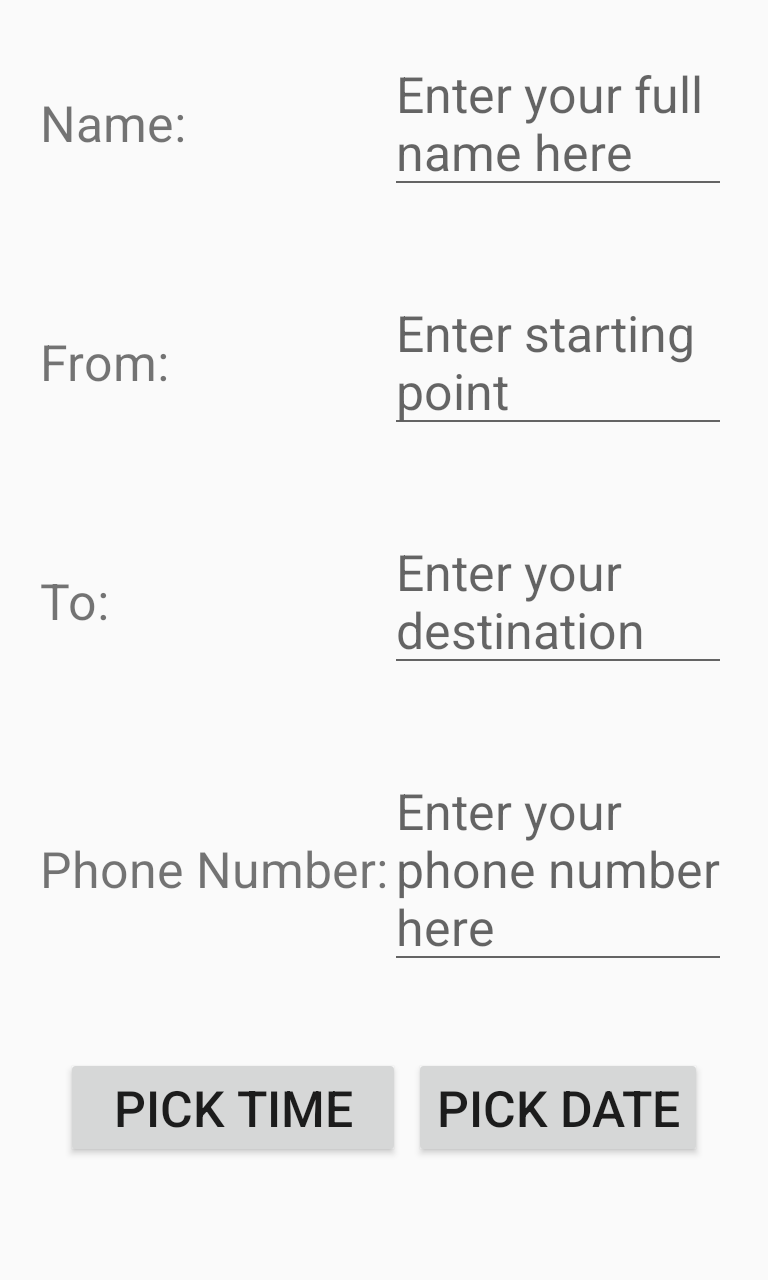
Repository: TewodrosT/LiLY
Layout: TransportationLily/res/layout/activity_main.xml
These files come from the project's save history. The layout is drawn as it stood at one moment and after a run of saves; the edit follows.
It is drawn on a 768 x 1280 px phone screen (xhdpi) without system bars, with theme AppTheme; the app's code is not run.

Above is the layout before, as saved 2014-08-06 12:57:59.

### TransportationLily/res/layout/activity_main.xml
<LinearLayout xmlns:android="http://schemas.android.com/apk/res/android"
    xmlns:tools="http://schemas.android.com/tools"
    android:layout_width="match_parent"
    android:layout_height="match_parent"
    android:orientation="vertical"
    tools:context="com.example.transportationlily.MainActivity" >

    <TableLayout
        android:layout_width="match_parent"
        android:layout_height="match_parent" >

        <TableRow
            android:layout_width="wrap_content"
            android:layout_height="wrap_content"
            android:layout_margin="20sp" >

            <TextView
                android:layout_width="wrap_content"
                android:layout_height="wrap_content"
                android:text="@string/senior_name"
                android:textSize="25sp" />

            <EditText
                android:id="@+id/to"
                android:layout_width="0dp"
                android:layout_height="wrap_content"
                android:layout_weight="1"
                android:hint="@string/typein_name"
                android:textSize="25sp" />
        </TableRow>

        <TableRow
            android:layout_width="wrap_content"
            android:layout_height="wrap_content"
            android:layout_margin="20sp" >

            <TextView
                android:layout_width="wrap_content"
                android:layout_height="wrap_content"
                android:text="@string/starting_point"
                android:textSize="25sp" />

            <EditText
                android:id="@+id/from"
                android:layout_width="0dp"
                android:layout_height="wrap_content"
                android:layout_weight="1"
                android:hint="@string/starting_location"
                android:textSize="25sp" />
        </TableRow>

        <TableRow
            android:layout_width="wrap_content"
            android:layout_height="wrap_content"
            android:layout_margin="20sp" >

            <TextView
                android:layout_width="wrap_content"
                android:layout_height="wrap_content"
                android:text="@string/destination_point"
                android:textSize="25sp" />

            <EditText
                android:layout_width="0dp"
                android:layout_height="wrap_content"
                android:layout_weight="1"
                android:hint="@string/ending_location"
                android:textSize="25sp" />
        </TableRow>

        <TableRow
            android:layout_width="wrap_content"
            android:layout_height="wrap_content"
            android:layout_margin="20sp" >

            <TextView
                android:layout_width="wrap_content"
                android:layout_height="wrap_content"
                android:text="@string/contact_info"
                android:textSize="25sp" />

            <EditText
                android:layout_width="0dp"
                android:layout_height="wrap_content"
                android:layout_weight="1"
                android:hint="@string/phone_number"
                android:textSize="25sp" />
        </TableRow>

        <TableRow
            android:layout_width="match_parent"
            android:layout_height="match_parent"
            android:layout_margin="20sp"
            android:gravity="center_horizontal" >

            <Button
                android:layout_width="match_parent"
                android:layout_height="match_parent"
                android:onClick="showTimePickerDialog"
                android:text="@string/pick_time"
                android:layout_marginRight="5sp"
                android:textSize = "25sp" />

            <Button
                android:layout_width="match_parent"
                android:layout_height="wrap_content"
                android:onClick="showDatePickerDialog"
                android:text="@string/pick_date"
                android:textSize = "25sp" />
        </TableRow>

        <TableRow
            android:layout_width="wrap_content"
            android:layout_height="wrap_content"
            android:layout_margin="20sp"
            android:gravity="center_horizontal" >

            <Button
                android:layout_width="wrap_content"
                android:layout_height="wrap_content"
                android:onClick="sendMessage"
                android:text="@string/button_askride" />

            <Button
                android:layout_width="wrap_content"
                android:layout_height="wrap_content"
                android:onClick="sendMessage"
                android:text="@string/button_offerride" />
        </TableRow>
    </TableLayout>

</LinearLayout>

### TransportationLily/res/values/strings.xml
<?xml version="1.0" encoding="utf-8"?>
<resources>

    <string name="app_name">TransportationLily</string>
    <string name="hello_world">Hello world!</string>
    <string name="action_settings">Settings</string>
    <string name= "starting_point">From: </string>
    <string name="starting_location">Enter starting point</string>
    <string name= "destination_point">To: </string>
    <string name="ending_location">Enter your destination</string>
    <string name= "senior_name"> Name: </string>
    <string name= "typein_name"> Enter your full name here</string>
    <string name= "contact_info"> Phone Number: </string>
    <string name= "phone_number"> Enter your phone number here</string>
    <string name = "button_askride"> Ask for ride</string>
    <string name = "button_offerride"> Offer ride</string>
    <string name = "pick_time"> Pick time </string>
    <string name = "pick_date"> Pick date </string>
</resources>

Loaded but not shown: TransportationLily/res/values/styles.xml (common file); TransportationLily/res/values-v11/styles.xml (common file); TransportationLily/res/values-v14/styles.xml (common file)

After the next 2 saves:
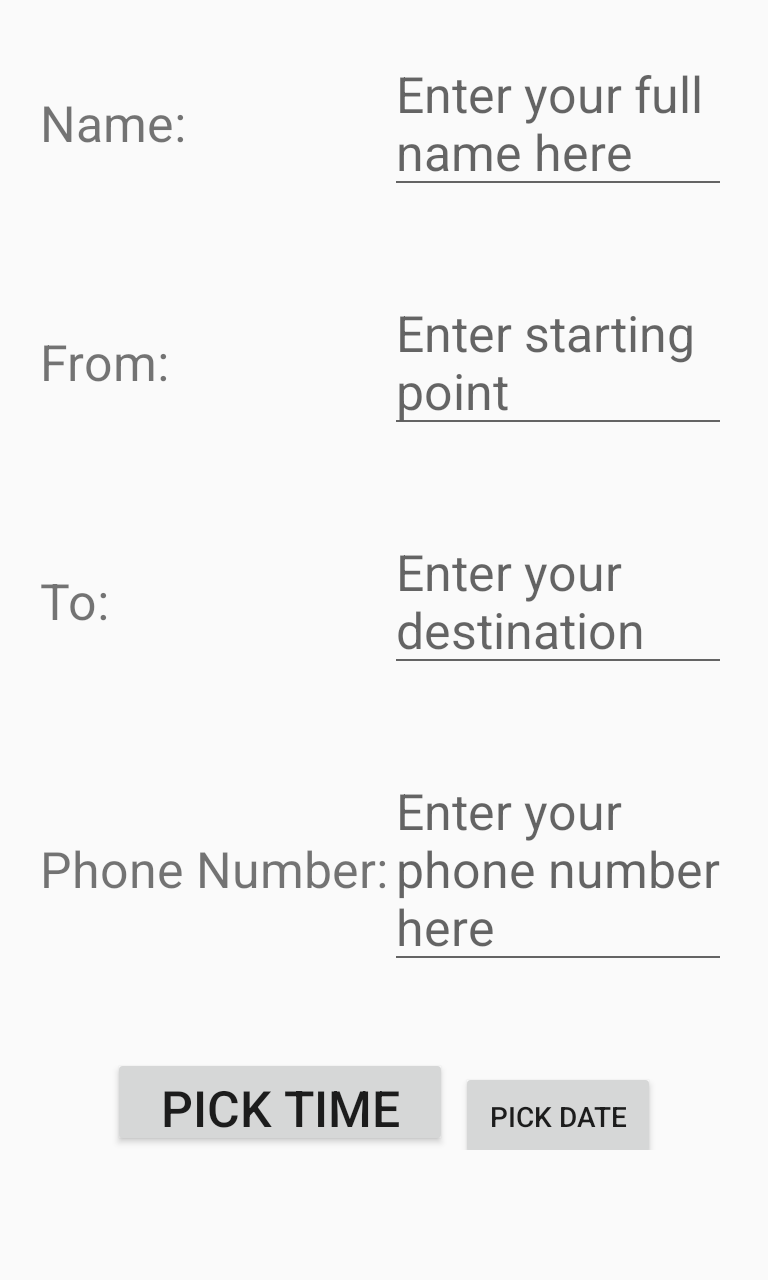
The 2 saves are shown as one change because 1 did not build or start.
The last was saved 8 min 8 s later.
--- a/TransportationLily/res/layout/activity_main.xml
+++ b/TransportationLily/res/layout/activity_main.xml
@@ -105,8 +105,7 @@
                 android:layout_width="match_parent"
                 android:layout_height="wrap_content"
                 android:onClick="showDatePickerDialog"
-                android:text="@string/pick_date"
-                android:textSize = "25sp" />
+                android:text="@string/pick_date" />
         </TableRow>
 
         <TableRow
